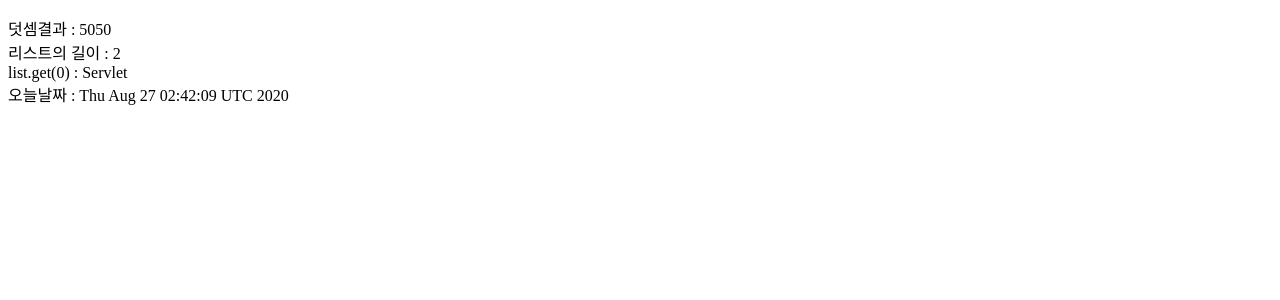
Repository: pje00427/webserver_workspace1
Page: http://localhost/2_JSP/views/02_directivePage.jsp
An editor plug-in stored every save of this project. The page is shown before and after the next save, followed by the edit.
The browser window is 1280 px wide. The pictures show the whole page.
The page is served by Tomcat 9.

Above is the page before, as saved 2020-08-31 02:42:46.

After the next save:
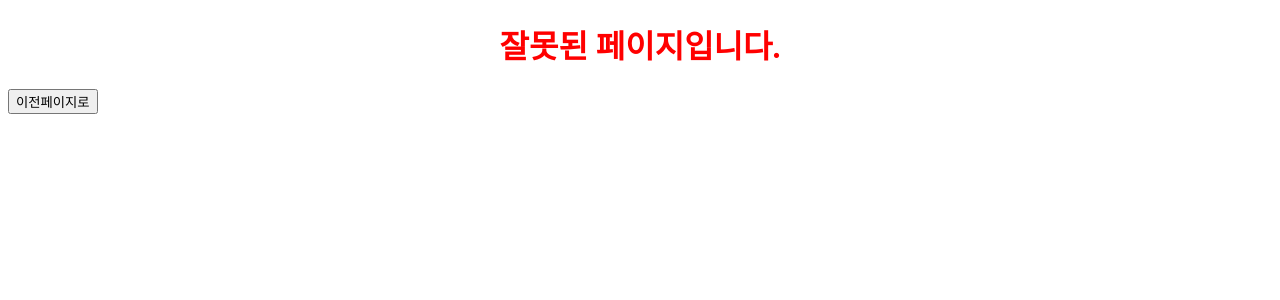
Saved 78 s later.
--- a/2_JSP/WebContent/views/02_directivePage.jsp
+++ b/2_JSP/WebContent/views/02_directivePage.jsp
@@ -1,5 +1,5 @@
 <%@ page language="java" contentType="text/html; charset=UTF-8"
-    pageEncoding="UTF-8" import="java.util.ArrayList,java.util.Date"%>
+    pageEncoding="UTF-8" errorPage="error500.jsp"%>
 <%@ page import="java.util.ArrayList, java.util.Date" %> <!-- 이렇게 작성해줘도 됨 -->
 <!DOCTYPE html>
 <html>
@@ -34,7 +34,7 @@
 	</p>
 
 	<p>
-
+		list.get(10) : <%= list.get(10) %><br>
 	</p>
 </body>
 </html>

After the save that followed:
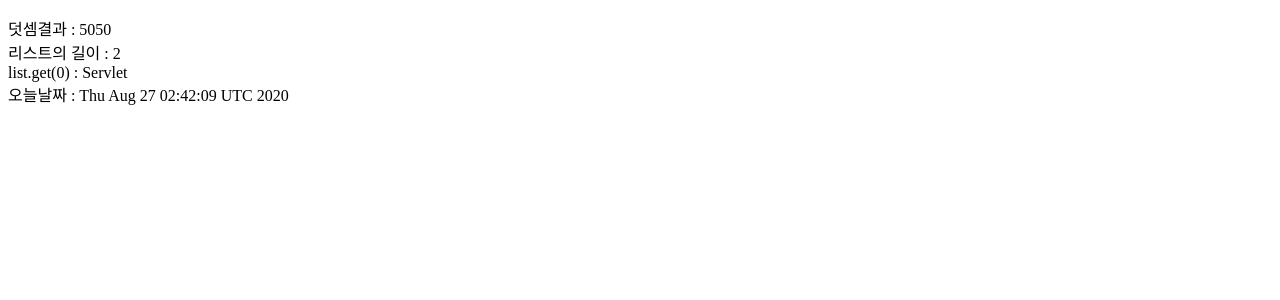
Saved 4 min 18 s later.
--- a/2_JSP/WebContent/views/02_directivePage.jsp
+++ b/2_JSP/WebContent/views/02_directivePage.jsp
@@ -1,5 +1,5 @@
 <%@ page language="java" contentType="text/html; charset=UTF-8"
-    pageEncoding="UTF-8" errorPage="error500.jsp"%>
+    pageEncoding="UTF-8"%>
 <%@ page import="java.util.ArrayList, java.util.Date" %> <!-- 이렇게 작성해줘도 됨 -->
 <!DOCTYPE html>
 <html>
@@ -24,7 +24,6 @@
 		list.add("JSP");	// 1번인덱스
 
 		Date today = new Date(); // 기본생성자로 생성하면, 현재날짜(년월일시분초) == 시스템 날짜
-
 	%>
 	<p>
 		덧셈결과 : <%= sum %><br>
@@ -32,9 +31,10 @@
 		list.get(0) : <%= list.get(0) %><br>
 		오늘날짜 : <%= today %><br>
 	</p>
-
+	<%--
 	<p>
-		list.get(10) : <%= list.get(10) %><br>
+		list.get(10) : <%= list.get(10) %><br>  오류나는지 확인해본거임
 	</p>
+	--%>
 </body>
 </html>
